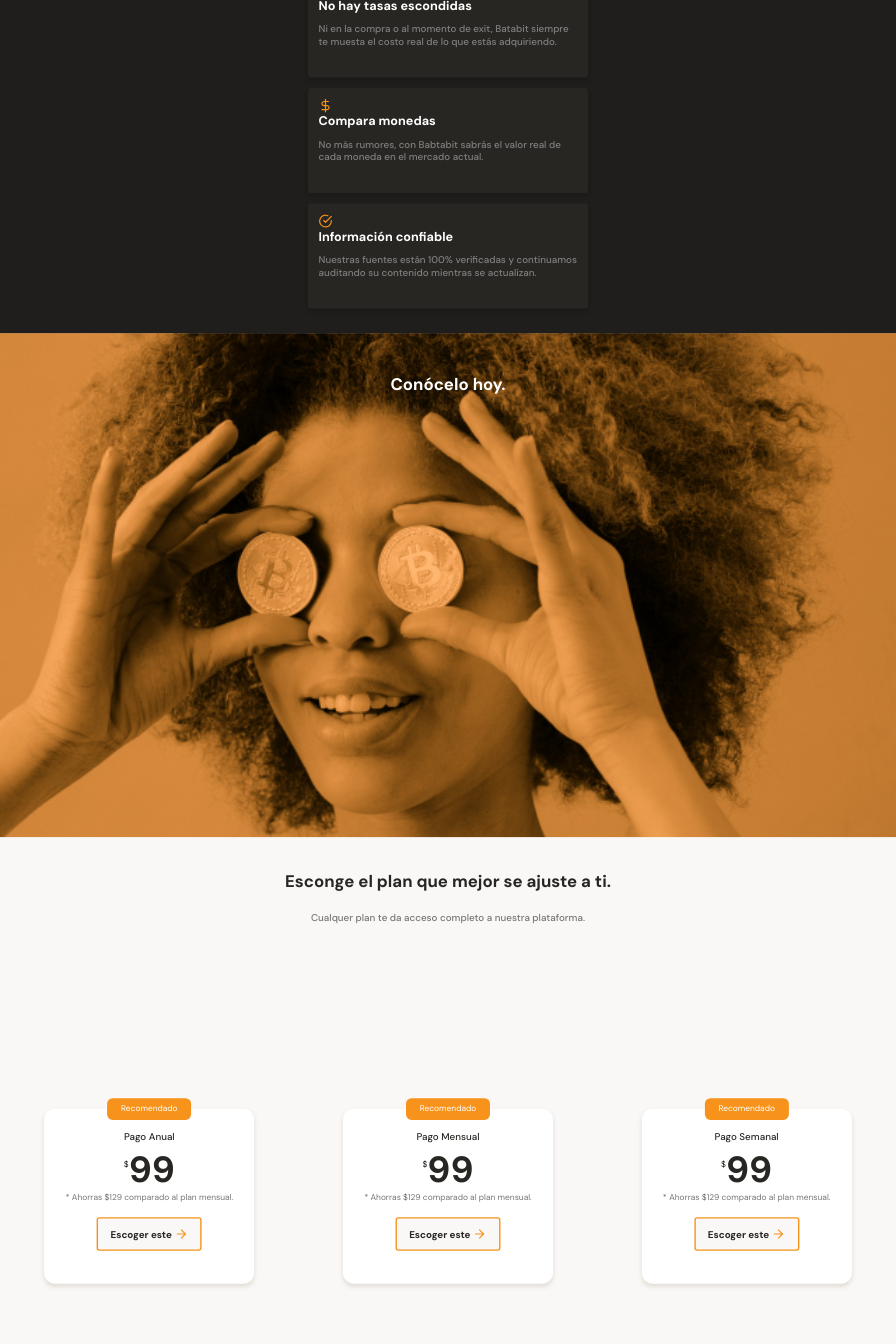
Repository: elto82/mobileFirst
Page: index.html
These files come from the project's save history. The page is drawn as it stood at one moment and after the next save; the edit follows.
The browser window is 1280 px wide. The pictures show the part of the page from y = 1507 to 3427 px (the page is 3427 px tall), at 70% of full size.
Some web fonts or font styles are not loaded; a fallback is used.

Above is the page before, as saved 2022-06-08 22:34:33.

### index.html
<!DOCTYPE html>
<html lang="en">
  <head>
    <meta charset="UTF-8" />
    <meta http-equiv="X-UA-Compatible" content="IE=edge" />
    <meta name="viewport" content="width=device-width, initial-scale=1.0" />
    <link rel="preconnect" href="https://fonts.googleapis.com" />
    <link rel="preconnect" href="https://fonts.gstatic.com" crossorigin />
    <link
      href="https://fonts.googleapis.com/css2?family=DM+Sans:wght@400;500;700&family=Inter:wght@300;500&family=Poppins:ital,wght@0,300;1,400;1,600&family=Quicksand:wght@300;500;700&family=Roboto:wght@400;700&family=Rubik+Beastly&display=swap"
      rel="stylesheet"
    />
    <link rel="stylesheet" href="./style.css">
    <title>Document</title>
  </head>
  <body>
    <header>
        <img src="./assets/img/logo.svg" alt="">
        <div class="header-title-container">
            <h1>La próxima revolución en el intercambio de criptomonedas.</h1>
            <p>Batatabit te ayuda a navegar entre los diferentes precios y tendencias.  </p>
            <a href="#plans" class="header-button">Conoce nuestros planes <span></span></a>
        </div>
    </header>
    <main>
      <section class="main-exchange-container">
          <div class="backgroundImg"></div>
          <div class="main-exchange-conintainer--title">
            <h2>Visibilizamos todas las tasas de cambio.</h2>
            <p>Traemos información en tiempo real de las casas de cambio y las monedas más importantes del mundo.</p>
          </div>
          <section class="main-tables-container">
              <div class="main-currency-table">
                <p class="currency-table--title">Monedas</p>
                <div class="currency-table--container">
                  <table>
                    <tr>
                      <td class="table__top-left">Bitcoin</td>
                      <td class="table__top-right table__right" >$1.96 <span class="down"></span></td>
                    </tr>
                    <tr>
                      <td>Ethereum</td>
                      <td class="table__right">$0.07 <span class="up"></span></td>
                    </tr>
                    <tr>
                      <td>Riple</td>
                      <td class="table__right">$2.15<span class="down"></span></td>
                    </tr>
                    <tr>
                      <td class="table__bottom-left">Stellar</td>
                      <td class="table__botton-right table__right">$4.96 <span class="down"></span></td>
                    </tr>
                  </table>
                </div>
                <div class="currency-table--date">
                  <p><b> Actualizado:</b> 19 julio 23:45</p>
                </div>
              </div>
          </section>
      </section>

      <section class="main-product-detail">
        <span class="product-detail--batata-logo"></span>
        <div class="product-detail--title">
          <h2>Creamos un producto sin comparación.</h2>
          <p>Confiable y diseñado para su uso diario.</p>
        </div>
        <section class="product-cards--container">
          <article class="product-detail--card">
            <span class="clock"></span>
            <p class="product--card-title">Tiempo real</p>
            <p class="product--card-body">Nuestro API toma información minuto a minuto sobre las tasas que más determinan el comportamiento.</p>
          </article>
          <article class="product-detail--card">
            <span class="eye"></span>
            <p class="product--card-title">No hay tasas escondidas</p>
            <p class="product--card-body">Ni en la compra o al momento de exit, Batabit siempre te muesta el costo real de lo que estás adquiriendo.</p>
          </article>
          <article class="product-detail--card">
            <span class="money"></span>
            <p class="product--card-title">Compara monedas</p>
            <p class="product--card-body">No más rumores, con Babtabit sabrás el valor real de cada moneda en el mercado actual.</p>
          </article>
          <article class="product-detail--card">
            <span class="ok"></span>
            <p class="product--card-title">Información confiable</p>
            <p class="product--card-body">Nuestras fuentes están 100% verificadas y continuamos auditando su contenido mientras se actualizan.</p>
          </article>
        </section>
      </section>
      <section class="bitcoint-img-container">
        <h2>Conócelo hoy.</h2>
      </section>
      <section id="plans" class="main-plans-container">
        <div class="plans--title">
          <h2>Esconge el plan que mejor se ajuste a ti.</h2>
          <p>Cualquer plan te da acceso completo a nuestra plataforma.</p>
        </div>
        <section class="plans-container--slider">
          <article class="plans-conteiner--card">
            <p class="recommended">Recomendado</p>
            <div class="plan-info-container">
              <h3 class="plan-card--title">Pago Anual</h3>
              <p class="plan-card--price"><span>$</span>99</p>
              <p class="plan-card--saving">* Ahorras $129 comparado al plan mensual.</p>
              <button class="plan-card--ca">Escoger este <span></span></button>
            </div>
          </article>
          <article class="plans-conteiner--card">
            <p class="recommended">Recomendado</p>
            <div class="plan-info-container">
              <h3 class="plan-card--title">Pago Mensual</h3>
              <p class="plan-card--price"><span>$</span>99</p>
              <p class="plan-card--saving">* Ahorras $129 comparado al plan mensual.</p>
              <button class="plan-card--ca">Escoger este <span></span></button>
            </div>
          </article>
          <article class="plans-conteiner--card">
            <p class="recommended">Recomendado</p>
            <div class="plan-info-container">
              <h3 class="plan-card--title">Pago Semanal</h3>
              <p class="plan-card--price"><span>$</span>99</p>
              <p class="plan-card--saving">* Ahorras $129 comparado al plan mensual.</p>
              <button class="plan-card--ca">Escoger este <span></span></button>
            </div>
          </article>
        </section>
      </section>
    </main>
    <footer></footer>
  </body>
</html>

### style.css
/*
1. Posicionamiento
2. Modelo de caja (box model)
3. Tipografia
4.Visuales
5. Otros
*/
:root{
    /* colores */
    --bitcoin-orange:#f7931a;
    --soft-orange: #ffe9d5;
    --secondary-blue:#1a9af7;
    --soft-blue: #e7f5ff;
    --warm-black: #201e1c;
    --black:#282623;
    --grey:#bababa;
    --off-white:#faf8f7;
    --just-white:#fff;

}
*{
    box-sizing: border-box;
    margin: 0;
    padding: 0;
}
html{
    font-size: 62.5%;
    font-family: 'DM Sans', sans-serif;;
}
header{
    position: relative;
    display: flex;
    flex-direction: column;
    justify-content: center;
    width: 100%;
    min-width: 32rem;
    height: 34rem;
    text-align: center;
    background: linear-gradient(207.8deg, #201e1c 16.69%, #f7931a 100%);
}
header img{
    width: 15rem;
    height: 2.4rem;
    margin-top: 6rem;
    align-self: center;
}
.header-title-container{
    width: 90%;
    min-width: 28.8rem;
    max-width: 90rem;
    height: 21.8rem;
    margin-top: 4rem;
    text-align: center;
    align-self: center;
}
.header-title-container h1{
    font-size: 2.4rem;
    font-weight: bold;
    line-height: 2.6rem;
    color: var(--just-white);
}
.header-title-container p{
    margin-top: 2.5rem;
    font-size: 1.4rem;
    font-weight: 500;
    line-height: 1.8rem;
    color: var(--soft-orange);
}
.header-title-container .header-button{
    position: absolute;
    left: calc(50% - 11.8rem);
    top: 27rem;
    display: block;
    margin-top: 3.5rem;
    padding: 1.5rem;
    width: 22.9rem;
    height: 4.8rem;
    background-color: var(--off-white);
    box-shadow: 0px 4px 8px rgba(89, 73, 30, 0.16);
    border: none;
    border-radius: 0.5rem;
    font-size: 1.4rem;
    font-weight: bold;
    text-decoration: none;
    color: var(--black);
}
.header-button span{
    display: inline-block;
    width: 1.3rem;
    height: 0.8rem;
    margin-left: 1rem;
    background-image: url('./assets/icons/down-arrow.svg');
}
main{
    width: 100%;
    height: auto;
    background-color: var(--off-white);
}
.main-exchange-container{
    width: 100%;
    height: auto;
    padding-top: 8rem;
    padding-bottom: 3rem;
    text-align: center;
}
.main-exchange-conintainer--title{
    width: 90%;
    min-width: 28.8rem;
    max-width: 90rem;
    margin: 0 auto;
}
.main-exchange-container .backgroundImg{
    width: 20rem;
    height: 20rem;
    margin: 0 auto;
    margin-bottom: 5rem;
    background-image: url('./assets/img/Bitcoin.svg');
    background-size: cover;
    background-position: center;
    background-repeat: no-repeat;
}
.main-exchange-container h2{
    margin-bottom: 3rem;
    font-size: 2.4rem;
    font-weight: bold;
    line-height: 2.6rem;
    color: var(--black);
}
.header-title-container p{
    margin-bottom: 3rem;
    font-size: 1.4rem;
    font-weight: 500;
    line-height: 1.6rem;
    color: #757575;
}
.main-currency-table{
    width: 70%;
    min-width: 23.5rem;
    max-width: 50re;
    height: 36rem;
    margin: 0 auto;
    font-family: 'Inter', 'sans-serif';
}
.main-currency-table .currency-table--title{
    margin-top: 2rem;
    margin-bottom: 1.5rem;
    font-size: 1.8rem;
    font-weight: bold;
    line-height: 2.3rem;
    color: var(--bitcoin-orange);
}
.currency-table--container{
    width: 90%;
    min-width: 23rem;
    max-width: 30rem;
    height: 25rem;
    margin: 0 auto;
}
.currency-table--container table{
    width: 100%;
    height: 100%;
}
.currency-table--container td{
    width: 50%;
    font-size: 1.6rem;
    font-weight: 500;
    line-height: 1.9rem;
    color: var(--grey);
    background-color: var(--just-white);
}
.currency-table--container .table__top-left{
    border-radius: 1.5rem 0 0 0;
}
.currency-table--container .table__top-right{
    border-radius: 0 1.5rem 0 0;
}
.currency-table--container .table__bottom-left{
    border-radius: 0 0 0 1.5rem;
}
.currency-table--container .table__botton-right{
    border-radius: 0 0 1.5rem 0;
}
.currency-table--container .table__right{
    font-size: 1.4rem;
    font-weight: normal;
    line-height: 1.7rem;
    color: #757575;
}
.currency-table--container .down{
    display: inline-block;
    width: 1.5rem;
    height: 1.5rem;
    margin-left: 1rem;
    background-image: url('./assets/icons/trending-down.svg');
    background-size: cover;
    background-position: center;
    background-repeat: no-repeat;
}
.currency-table--container .up{
    display: inline-block;
    width: 1.5rem;
    height: 1.5rem;
    margin-left: 1rem;
    background-image: url('./assets/icons/trending-up.svg');
    background-size: cover;
    background-position: center;
    background-repeat: no-repeat;
}
.currency-table--date{
    width: 19rem;
    height: 3rem;
    margin: 0 auto;
    margin-top: 1.5rem;
    padding: 0.8rem;
    background-color: var(--soft-orange);
    border-radius: 0.8rem;
    box-shadow: 0px 4px 8px rgba(89, 73, 30, 0.16);
}
.currency-table--date p{
    font-weight: 300;
    font-size: 1.2rem;
    line-height: 1.5rem;
    color: var(--warm-black);
}
.main-product-detail{
    position: relative;
    width: 100%;
    min-width: 32rem;
    height: auto;
    padding: 2rem 1rem;
    background-color: var(--warm-black);
}
.product-detail--batata-logo{
    position: absolute;
    width: 4rem;
    height: 2.5rem;
    top: -1rem;
    left: calc(50% - 2rem);
    background-image: url('./assets/icons/batata.svg');

}
.product-detail--title{
    width: 90%;
    min-width: 28.8rem;
    height: auto;
    margin: 0 auto;
    margin-top: 5rem;
    text-align: center;
}
.product-detail--title h2{
    margin-bottom: 2rem;
    font-size: 2.4rem;
    font-weight: bold;
    line-height: 2.6rem;
    color: var(--just-white);
}
.product-detail--title p{
    margin-bottom: 2rem;
    font-size: 1.4rem;
    font-weight: 500;
    line-height: 1.8rem;
    color: #808080;
}
.product-detail--card{
    width: 90%;
    min-width: 28.8rem;
    max-width: 40rem;
    min-height: 15rem;
    margin: 1.5rem auto;
    padding: 1.5rem;
    background-color: var(--black);
    border-radius: 0.5rem;
    box-shadow: 0 4px 8px rgba(0, 0, 0, 0.16);
}
.product-detail--card .clock{
    display: inline-block;
    width: 2rem;
    height: 2rem; ;
    background-image: url('./assets/icons/clock.svg');
    background-size: cover;
    background-position: center;
    background-repeat: no-repeat;
}
.product-detail--card .eye{
    display: inline-block;
    width: 2rem;
    height: 2rem; ;
    background-image: url('./assets/icons/eye.svg');
    background-size: cover;
    background-position: center;
    background-repeat: no-repeat;
}
.product-detail--card .money{
    display: inline-block;
    width: 2rem;
    height: 2rem; ;
    background-image: url('./assets/icons/dollar-sign.svg');
    background-size: cover;
    background-position: center;
    background-repeat: no-repeat;
}
.product-detail--card .ok{
    display: inline-block;
    width: 2rem;
    height: 2rem; ;
    background-image: url('./assets/icons/check-circle.svg');
    background-size: cover;
    background-position: center;
    background-repeat: no-repeat;
}
.product--card-title{
    margin-bottom: 1.5rem;
    font-size: 1.8rem;
    font-weight: bold;
    line-height: 1.8rem;
    color: var(--just-white);
}
.product--card-body{
    font-size: 1.4rem;
    font-weight: 500;
    line-height: 1.8rem;
    color: #808080;
}
.bitcoint-img-container{
    width: 100%;
    min-width: 32rem;
    height: 100vh;
    background-image:url('./assets/img/bitcoinbaby2x.jpg');
    background-size: cover;
    background-position: center;
    background-repeat: no-repeat;
    text-align: center;
}
.bitcoint-img-container h2{
    padding-top: 6rem;
    font-size: 2.4rem;
    font-weight: bold;
    line-height: 2.6rem;
    color: var(--just-white);

}
.main-plans-container{
    width: 100%;
    min-width: 32rem;
    padding-bottom: 7rem;
    text-align: center;
}
.plans--title{
    width: 90%;
    min-height: 28.8rem;
    height: auto;
    margin: 0 auto;
    margin-bottom: 5rem;
}
.plans--title h2{
    padding-top: 5rem;
    font-size: 2.4rem;
    font-weight: bold;
    line-height: 2.6rem;
    color: var(--black);
}
.plans--title p{
    padding-top: 3rem;
    font-size: 1.4rem;
    font-weight: 500;
    font-weight: 10.8rem;
    color: #757575;
}
.plans-conteiner--card{
    position: relative;
    scroll-snap-align: center;
    width: 70%;
    min-width: 23rem;
    max-width: 30rem;
    height: 25rem;
    margin: 5rem auto 0;
    padding: 0 1.5rem;
    background-color: var(--just-white);
    border-radius: 1.5rem;
    box-shadow: 0 4px 8px rgba(89, 73, 30, 0.16);
}
.recommended{
    position: absolute;
    width: 12rem;
    height: 3.1rem;
    left: calc(50% - 6rem);
    top: -1.5rem;
    font-size: 1.2rem;
    padding-top: 0.6rem;
    background-color: var(--bitcoin-orange);
    border-radius: 0.8rem;
    color: var(--just-white);

}
.plan-card--title{
    padding-top: 3rem;
    font-size: 1.4rem;
    font-weight: 500;
    line-height: 1.8rem ;
    color: var(--black);
}
.plan-card--price{
    padding: 0.5rem 0;
    font-size: 5.2rem;
    font-weight: bold;
    line-height: 5.3rem;
    color: var(--black);
}
.plan-card--price span{
    font-size: 1.2rem;
    font-weight: 300;
    vertical-align: text-top;
}
.plan-card--saving{
    font-size: 1.2rem;
    color: #757575;
}
.plan-card--ca{
    width: 15rem;
    height: 4.8rem;
    margin-top: 2rem;
    background-color: #faf8f7;
    border: 2px solid var(--bitcoin-orange);
    border-radius: 0.4rem;
    font-family: 'DM Sans', sans-serif;
    font-size: 1.4rem;
    font-weight: bold;
    line-height: 1.8rem;
    color: var(--black);
}
.plan-card--ca span{
    display: inline-block;
    width: 2rem;
    height: 2rem;
    background-image: url('./assets/icons/orange-right-arrow.svg');
    background-size: cover;
    background-position: center;
    background-repeat: no-repeat;
    text-align: center;
    vertical-align: text-bottom;
}
.plans-container--slider{
    display: flex;
    height: 31.6rem;
    overflow-x: scroll;
    overscroll-behavior-x: contain;
    scroll-snap-type: x proximity;
}

After the next save:
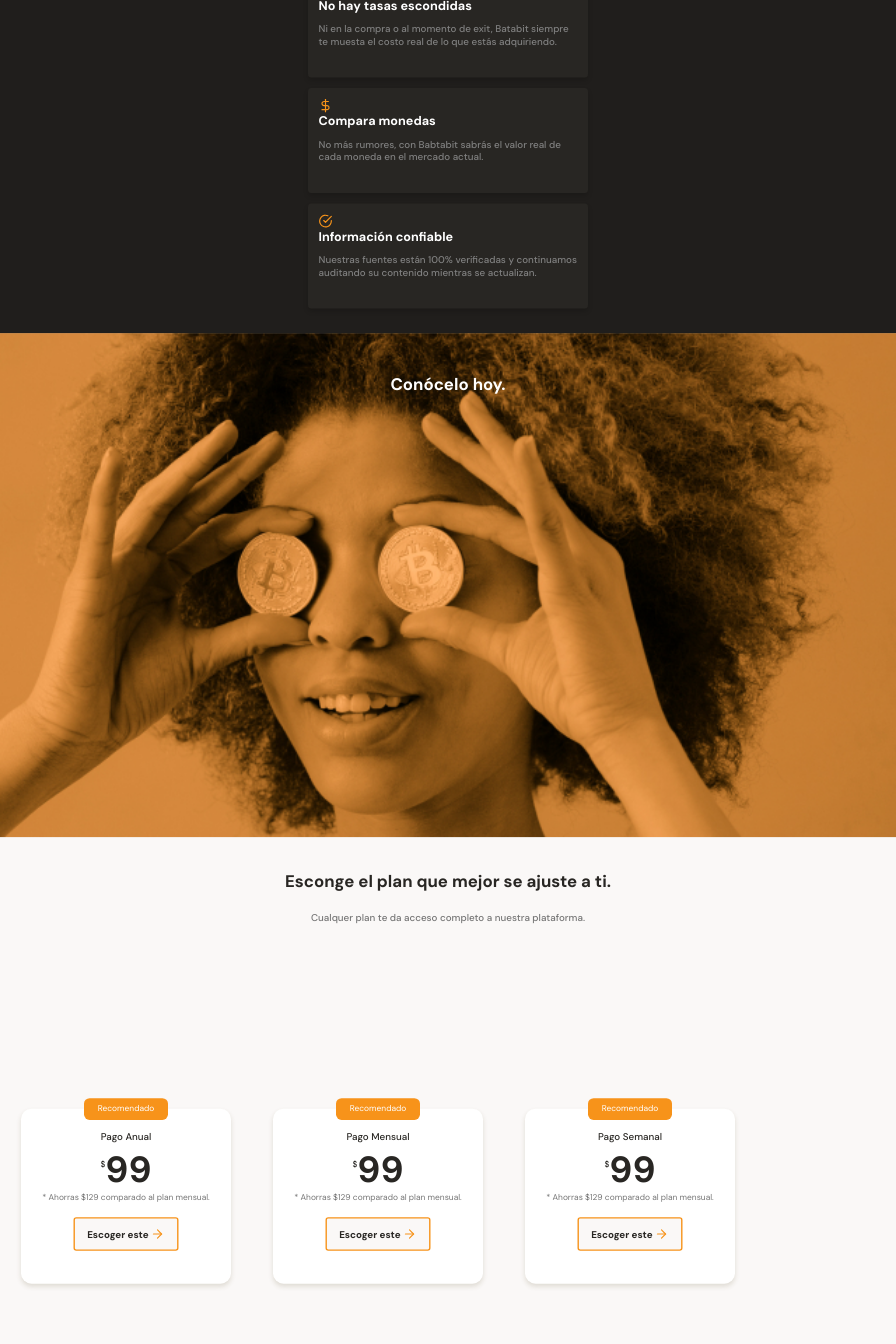
Saved 79 s later.
--- a/style.css
+++ b/style.css
@@ -373,7 +373,7 @@
     min-width: 23rem;
     max-width: 30rem;
     height: 25rem;
-    margin: 5rem auto 0;
+    margin: 5rem 3rem 0;
     padding: 0 1.5rem;
     background-color: var(--just-white);
     border-radius: 1.5rem;
